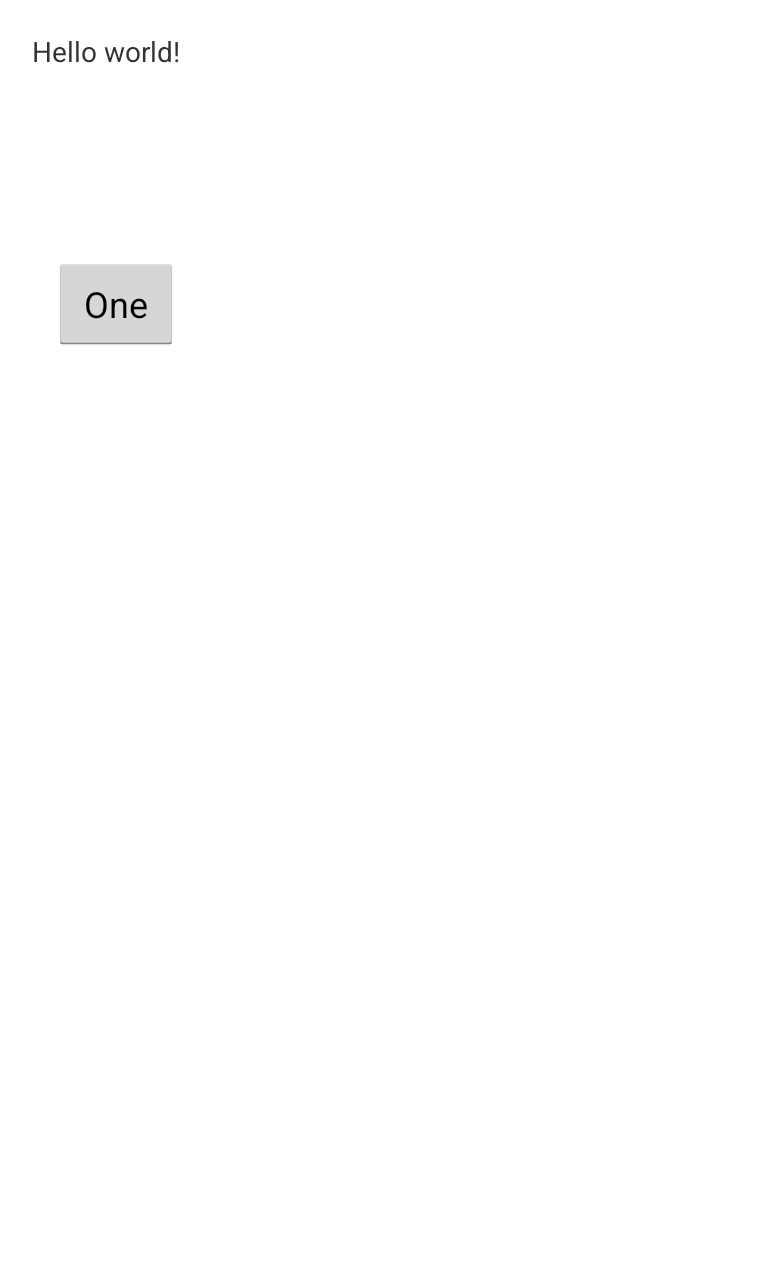
Repository: shailesh1001/eduonix-android
Layout: ch01/ex01/res/layout/activity_main.xml
An editor plug-in stored every save of this project. The layout is shown before and after the next save, followed by the edit.
It is drawn on a 768 x 1280 px phone screen (xhdpi) without system bars, with theme AppTheme; the app's code is not run.

Above is the layout before, as saved 2013-12-07 19:54:44.

### ch01/ex01/res/layout/activity_main.xml
<RelativeLayout xmlns:android="http://schemas.android.com/apk/res/android"
    xmlns:tools="http://schemas.android.com/tools"
    android:layout_width="match_parent"
    android:layout_height="match_parent"
    android:paddingBottom="@dimen/activity_vertical_margin"
    android:paddingLeft="@dimen/activity_horizontal_margin"
    android:paddingRight="@dimen/activity_horizontal_margin"
    android:paddingTop="@dimen/activity_vertical_margin"
    tools:context=".MainActivity" >

    <TextView
        android:id="@+id/textView1"
        android:layout_width="wrap_content"
        android:layout_height="wrap_content"
        android:text="@string/hello_world" />

    <Button
        android:id="@+id/button1"
        android:layout_width="wrap_content"
        android:layout_height="wrap_content"
        android:layout_alignRight="@+id/textView1"
        android:layout_below="@+id/textView1"
        android:layout_marginTop="93dp"
        android:text="@string/button1_text"
        android:onClick="showText" />

    <Button
        android:id="@+id/button2"
        android:layout_width="wrap_content"
        android:layout_height="wrap_content"
        android:layout_below="@+id/button1"
        android:layout_alignBottom="@+id/button1"
        android:layout_centerHorizontal="true"
        android:text="@string/button2_text"
        android:onClick="showText" />

</RelativeLayout>

### ch01/ex01/res/values/strings.xml
<?xml version="1.0" encoding="utf-8"?>
<resources>

    <string name="app_name">ex01</string>
    <string name="action_settings">Settings</string>
    <string name="hello_world">Hello world!</string>
    <string name="button1_text">One</string>
    <string name="button2_text">Two</string>

</resources>

Loaded but not shown: ch01/ex01/res/values/styles.xml (common file); ch01/ex01/res/values-v11/styles.xml (common file); ch01/ex01/res/values-v14/styles.xml (common file); ch01/ex01/res/values/dimens.xml (common file)

After the next save:
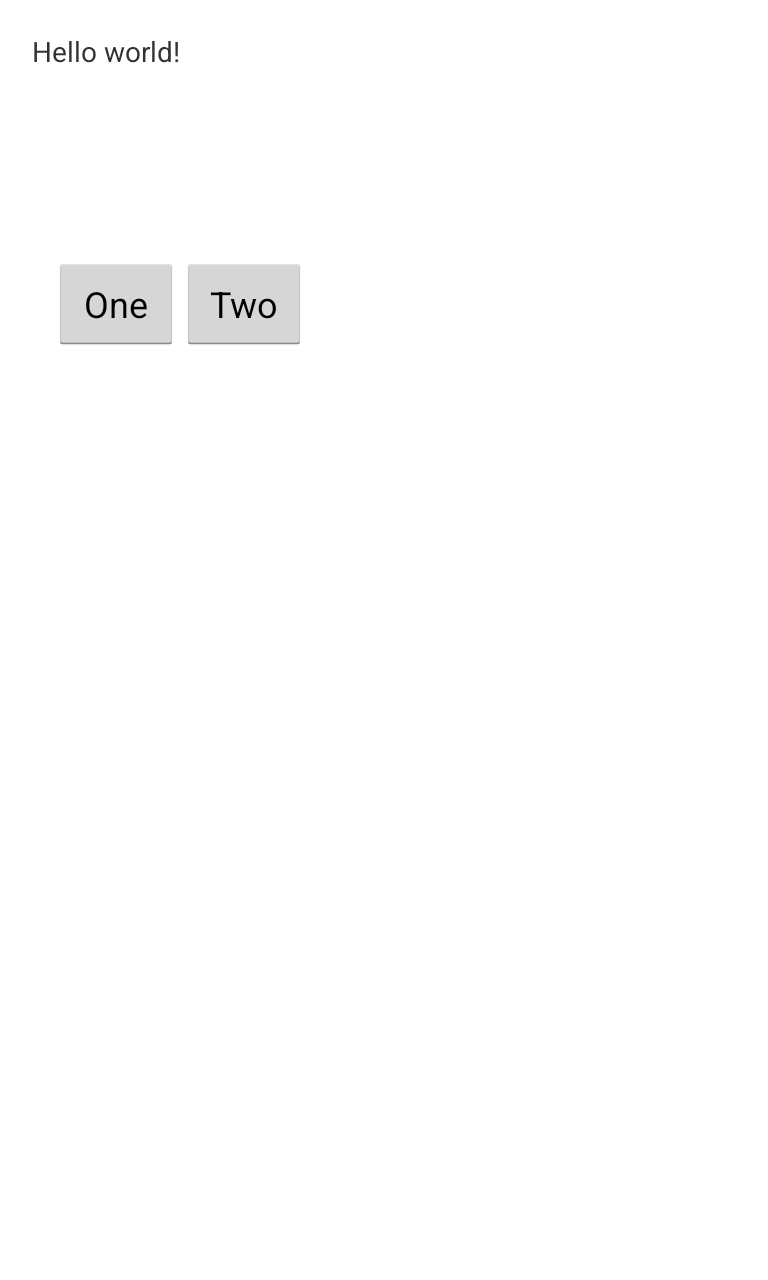
Saved 24 s later.
--- a/ch01/ex01/res/layout/activity_main.xml
+++ b/ch01/ex01/res/layout/activity_main.xml
@@ -28,7 +28,7 @@
         android:id="@+id/button2"
         android:layout_width="wrap_content"
         android:layout_height="wrap_content"
-        android:layout_below="@+id/button1"
+        android:layout_toRightOf="@+id/button1"
         android:layout_alignBottom="@+id/button1"
         android:layout_centerHorizontal="true"
         android:text="@string/button2_text"
